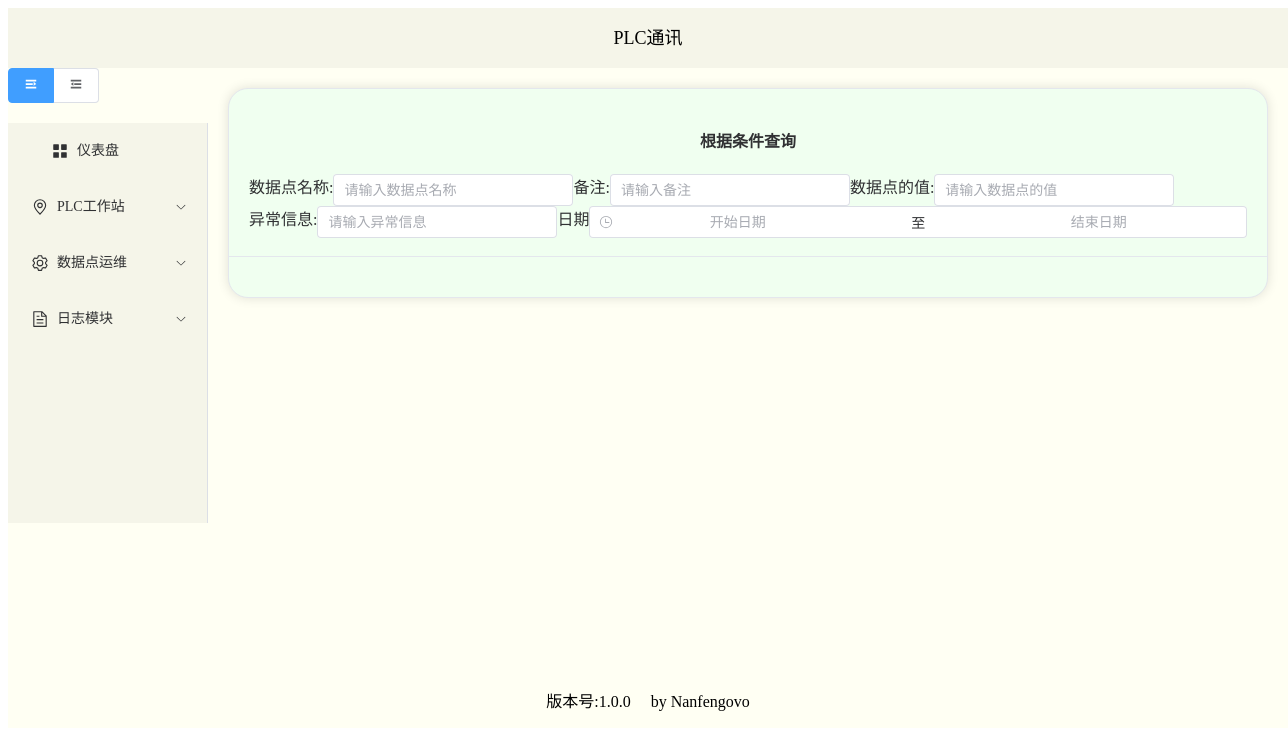
Repository: nanfengovo/HelperWorkStation
Page: /#/frameWork/PLCWorkstation/S7 (app in HelperWorkStation/plchelper-ui/)
The author's editor kept a copy of each file at every save. The page is drawn from the files as they stood at one save, then again after the next save.
The browser window is 1280 px wide. The page is 1288 px wide, so the pictures cover 1288 px, including what lies to the right of the window. The pictures show the whole page.
The project was rebuilt for these pictures with package versions that can differ from the ones it lists, and the page was loaded fresh each time. Also part of the build but not shown: HelperWorkStation/plchelper-ui/vite.config.ts, HelperWorkStation/plchelper-ui/src/views/Login/index.vue.

Above is the page before, as saved 2025-02-15 23:23:30.

### HelperWorkStation/plchelper-ui/index.html
<!DOCTYPE html>
<html lang="">
  <head>
    <meta charset="UTF-8">
    <link rel="icon" href="/icon-park-outline--cpu.png">
    <meta name="viewport" content="width=device-width, initial-scale=1.0">
    <title>PLCHelper Station</title>
  </head>
  <body>
    <div id="app"></div>
    <script type="module" src="/src/main.ts"></script>
  </body>
</html>

<style>
  #app{
    /* display: flex;
    justify-content: center;
    align-items: center; */
    height: 100vh;
    width: 100vw;
  }
</style>

### HelperWorkStation/plchelper-ui/src/main.ts
// import './assets/main.css'

import { createApp } from 'vue'
import ElementPlus from 'element-plus'
import 'element-plus/dist/index.css'
import { createPinia } from 'pinia'

import App from './App.vue'
import * as ElementPlusIconsVue from '@element-plus/icons-vue'
//element-plus转换中文
import zhCn from 'element-plus/es/locale/lang/zh-cn'
import router from './router'

const app = createApp(App)
app.use(router)
for (const [key, component] of Object.entries(ElementPlusIconsVue)) {
    app.component(key, component)
    }
    app.use(ElementPlus, {
        locale: zhCn,
        })
app.use(createPinia())


app.mount('#app')

### HelperWorkStation/plchelper-ui/src/App.vue
<script setup lang="ts">
import {  RouterView } from 'vue-router'
import FrameWork from './views/FrameWork/index.vue'
import Login from './views/Login/index.vue'
</script>

<template>
  <div class="app">
    <RouterView />
  </div>

  <!-- <RouterView /> -->
</template>

<style scoped>
	html,body,#app{
      height: 100%;
      width: 100%;
	}
  .app{
    height: 100%;
    width: 100%;
  }
</style>

### HelperWorkStation/plchelper-ui/src/router/index.ts
import { createMemoryHistory, createRouter, createWebHashHistory, type RouteRecordRaw } from 'vue-router'
import frameWork from '../views/FrameWork/index.vue';
import Login from '../views/Login/index.vue';
import panel from '../views/FrameWork/layout/panel/index.vue';

// const routes: RouteRecordRaw[] = [];
const routes: Array<RouteRecordRaw> = [
    {
        path: '/',
        redirect: '/login'
    },
    {
        path: '/login',
        name: 'login',
        component: Login
    },
    {
        path: '/frameWork',
        name: '主页',
        component: frameWork,
        children: [
            {
                path: '/framework/panel',
                name: '仪表板',
                component: () => import('../views/FrameWork/layout/panel/index.vue'),
            },
            {
                path: '/frameWork/PLCWorkstation/Modbus',
                name: 'PLC工作站-Modbus',
                component: () => import('../views/FrameWork/layout/PLCWorkstation/Modbus/index.vue'),
            },
            {
                path: '/frameWork/PLCWorkstation/PLC',
                name: 'PLC工作站-PLC配置',
                component: () => import('../views/FrameWork/layout/PLCWorkstation/PLC/index.vue'),
            },
            {
                path: '/frameWork/PLCWorkstation/S7',
                name: 'PLC工作站-S7',
                component: () => import('../views/FrameWork/layout/PLCWorkstation/S7/index.vue'),
            },
            {
                path: '/frameWork/PLCWorkstation/OPC',
                name: 'PLC工作站-OPC',
                component: () => import('../views/FrameWork/layout/PLCWorkstation/OPC/index.vue'),
            },
            {
                path: '/frameWork/PLCWorkstation/FinsTCP',
                name: 'PLC工作站-FinsTCP',
                component: () => import('../views/FrameWork/layout/PLCWorkstation/FinsTCP/index.vue'),
            },
            {
                path: '/frameWork/DataPointOperations/Modbus',
                name: '数据点运维-Modbus',
                component: () => import('../views/FrameWork/layout/DataPointOperations/Modbus/index.vue'),
            },
            {
                path: '/frameWork/DataPointOperations/S7',
                name: '数据点运维-S7',
                component: () => import('../views/FrameWork/layout/DataPointOperations/S7/index.vue'),
            },
            {
            path: '/frameWork/DataPointOperations/S7/DB',
                        name: '数据点运维-S7-DB',
                        component: () => import('../views/FrameWork/layout/DataPointOperations/S7/DB/index.vue'),
            },
            {
                path: '/frameWork/DataPointOperations/Opc',
                name: '数据点运维-Opc',
                component: () => import('../views/FrameWork/layout/DataPointOperations/OPC/index.vue'),
            },
            {
                path: '/frameWork/DataPointOperations/FinsTCP',
                name: '数据点运维-FinsTCP',
                component: () => import('../views/FrameWork/layout/DataPointOperations/FinsTCP/index.vue'),
            },
            {
                path: '/frameWork/Log/Operation',
                name: '用户操作日志',
                component: () => import('../views/FrameWork/layout/Log/Operation/index.vue'),
            },
            {
                path: '/frameWork/Log/ReadWrite',
                name: '数据点读写日志',
                component: () => import('../views/FrameWork/layout/Log/ReadWrite/index.vue'),
            },

        ],


    },
];

const router = createRouter({
    history: createWebHashHistory(),
    routes,
});

export default router;

### HelperWorkStation/plchelper-ui/src/views/FrameWork/index.vue
<template>
    <div class="common-layout">
        <el-container>
            <div class="layout-header">
                <el-header>
                    PLC通讯
                </el-header>
            </div>
            <el-container>
                <el-aside width="200px" height="100vh" >
                    <el-radio-group v-model="isCollapse" style="margin-bottom: 20px">
                        <el-radio-button :value="false"><el-icon><Expand /></el-icon></el-radio-button>
                        <el-radio-button :value="true"><el-icon><Fold /></el-icon></el-radio-button>
                    </el-radio-group>
                    <el-menu
                        background-color="#f5f5e9"
                        default-active="1"
                        class="el-menu-vertical-demo"
                        :collapse="isCollapse"
                        @open="handleOpen"
                        @close="handleClose"
                        router
                    >
                        <el-menu-item index="/frameWork/panel">
                            <el-menu-item >
                                <el-icon><icon-menu /></el-icon>
                                <template #title>仪表盘</template>
                            </el-menu-item>
                        </el-menu-item>
                        <el-sub-menu index="2">
                        <template #title>
                            <el-icon><location /></el-icon>
                            <span>PLC工作站</span>
                        </template>
                        <el-menu-item-group >
                            <el-menu-item index="/frameWork/PLCWorkstation/PLC">PLC配置</el-menu-item>
                            <el-menu-item index="/frameWork/PLCWorkstation/Modbus">Modbus模块</el-menu-item>
                            <el-menu-item index="/frameWork/PLCWorkstation/S7">S7模块</el-menu-item>
                            <el-menu-item index="/frameWork/PLCWorkstation/OPC">OPC模块</el-menu-item>
                            <el-menu-item index="/frameWork/PLCWorkstation/FinsTCP">FinsTCP模块</el-menu-item>
                        </el-menu-item-group>
                        </el-sub-menu>
                        <el-sub-menu index="3">
                        <template #title>
                            <el-icon><Setting /></el-icon>
                            <span>数据点运维</span>
                        </template>
                        <el-menu-item-group >
                            <el-menu-item index="/frameWork/DataPointOperations/Modbus">Modbus数据点配置</el-menu-item>
                            <el-menu-item index="/frameWork/DataPointOperations/S7">S7数据点配置</el-menu-item>
                            <el-menu-item index="/frameWork/DataPointOperations/S7/DB">DB块配置</el-menu-item>
                            <el-menu-item index="/frameWork/DataPointOperations/Opc">OPC数据点配置</el-menu-item>
                            <el-menu-item index="/frameWork/DataPointOperations/FinsTCP">FinsTCP数据点模块</el-menu-item>
                        </el-menu-item-group>
                        </el-sub-menu>
                        <el-sub-menu index="4">
                        <template #title>
                            <el-icon><Document /></el-icon>
                            <span>日志模块</span>
                        </template>
                        <el-menu-item-group >
                            <el-menu-item index="/frameWork/Log/Operation">操作日志</el-menu-item>
                            <el-menu-item index="/frameWork/Log/ReadWrite">读写日志</el-menu-item>
                        </el-menu-item-group>
                        </el-sub-menu>
                    </el-menu>
                </el-aside>
                    <el-container>
                        <el-main>
                            <!-- <div class="main-header"> -->
                            <!-- <div class="main-header-breadcrumb"> -->
                                <!-- 面包屑 -->
                                <!-- <el-breadcrumb :separator-icon="ArrowRight"
                                                style="cursor: pointer; margin: 10px 0; display:inline-block;margin-left: 10px; ">
                                                <el-breadcrumb-item  >面包屑导航</el-breadcrumb-item>
                                </el-breadcrumb>
                            </div> -->
                            <!-- <div class="main-header-tab">
                                <el-tab>
                                    <el-tabs
                                    v-model="tablist"
                                    type="card"
                                    editable
                                    class="demo-tabs"
                                    @tab-click="pushTo"
                                >
                                    <el-tab-pane
                                    v-for="item in tablist"
                                    :key="item.name"
                                    :label="item.name"
                                    :name="item.name"
                                    >
                                    {{ item.path }}
                                    </el-tab-pane>
                                </el-tabs>
                                </el-tab>
                            </div> -->
                        <!-- </div> -->
                            <RouterView/>
                        </el-main>
                    </el-container>
            </el-container>
                <el-footer class="fixed-footer" >
                    <span>版本号:{{SoftVersion}}</span>&nbsp;&nbsp;&nbsp;&nbsp;
                    <span>by {{ SoftAuthor }}</span>
                </el-footer>
        </el-container>
    </div>
</template>

<script lang="ts" setup>
import { ref } from 'vue'
import { useRouter } from 'vue-router';
import routes from '../../router/index';
import {
    Document,
    Menu as IconMenu,
    Location,
    Setting,
    ArrowRight,
} from '@element-plus/icons-vue'
import type { TabPaneName } from 'element-plus'



const SoftVersion = ref('1.0.0')
const SoftAuthor = ref('Nanfengovo')


import { useRoute } from 'vue-router'
import router from '../../router/index';
const route = useRoute()
const pathList = ref()

console.log('route', route)// 获取当前路由
console.log('route.matched', route.matched)// 获取当前路由匹配到的路由记录
console.log('route.matched[0].children', route.matched[0].children)// 获取当前路由匹配到的路由记录

const tablist = ref(route.matched[0].children)
const isCollapse = ref(false)

let tabIndex = 1;

// const pushTo = (tab: TabPaneName) => {
//     router.push(tab)
// }


</script>

<style>
.el-menu-vertical-demo:not(.el-menu--collapse) {
    width: 200px;
    min-height: 400px;
}
.layout-header {
    background-color: #f5f5e9;
    color: black;
    text-align: center;
    line-height: 60px;
    font-size: 18px;
}

.common-layout{
    display: flex;
    flex-direction: column;
    min-height: 100vh;
    background-color: #fffff3;
}
.fixed-footer {
    background-color: #fffff3; /* 根据需要设置背景颜色 */
    padding: 10px; /* 根据需要设置内边距 */
    text-align: center; /* 根据需要设置文本对齐方式 */
    margin-bottom: 20px;
    height: 30px;
    font-size: 16px;
}
.main-header{
    border: red 1px solid;
    width: 100%;
    height: 30px;
}
/* .main-header-breadcrumb{
    border: green 1px solid;
    margin: 10px;
    width: 100%;
    height: 30px;
} */
.main-header-tab
{
    border: blue 1px solid;
    width: 100%;
    height: 30px;
}
.demo-tabs {
    border: 1px solid orangered;
    width: 60px;
    height: 30px;
    border-radius: 4px;
}
.demo-tabs>.el-tab-pane {
    border-bottom: 1px solid #ebeef5;
}
</style>

### HelperWorkStation/plchelper-ui/src/views/FrameWork/layout/PLCWorkstation/S7/index.vue
<template>
    <div class="Query">
        <el-card class="Query-card">
            <template #header>
                <div class="card-header">
                    <h4>根据条件查询</h4>
                </div>
                <el-row>
                    <el-label>
                        数据点名称:
                    </el-label>
                    <el-input v-model="dbName" placeholder="请输入数据点名称" clearable />
                    <el-label>
                        备注:
                    </el-label>
                    <el-input v-model="remark" placeholder="请输入备注" clearable/>
                    <el-label>
                        数据点的值:
                    </el-label>
                    <el-input v-model="result" placeholder="请输入数据点的值" clearable/>
                </el-row>
                <el-row>
                    <el-label>
                        异常信息:
                    </el-label>
                    <el-input v-model="exceptionInfo" placeholder="请输入异常信息" clearable/>
                    <el-label>
                        日期
                    </el-label>
                    <el-date-picker v-model="dateTime" size="240px" type="datetimerange" range-separator="至"
                    start-placeholder="开始日期" end-placeholder="结束日期" />
                </el-row>
            </template>

        </el-card>
    </div>
</template>
<script setup lang="ts">

</script>
<style>
.Query{
    display: grid;
}
.Query-card{
    background-color: #F0FFF0;
    border-radius: 20px;
}
.card-header{
    text-align: center;
}
.Query-card .el-input{
    width: 240px;
}
</style>

After the next save:
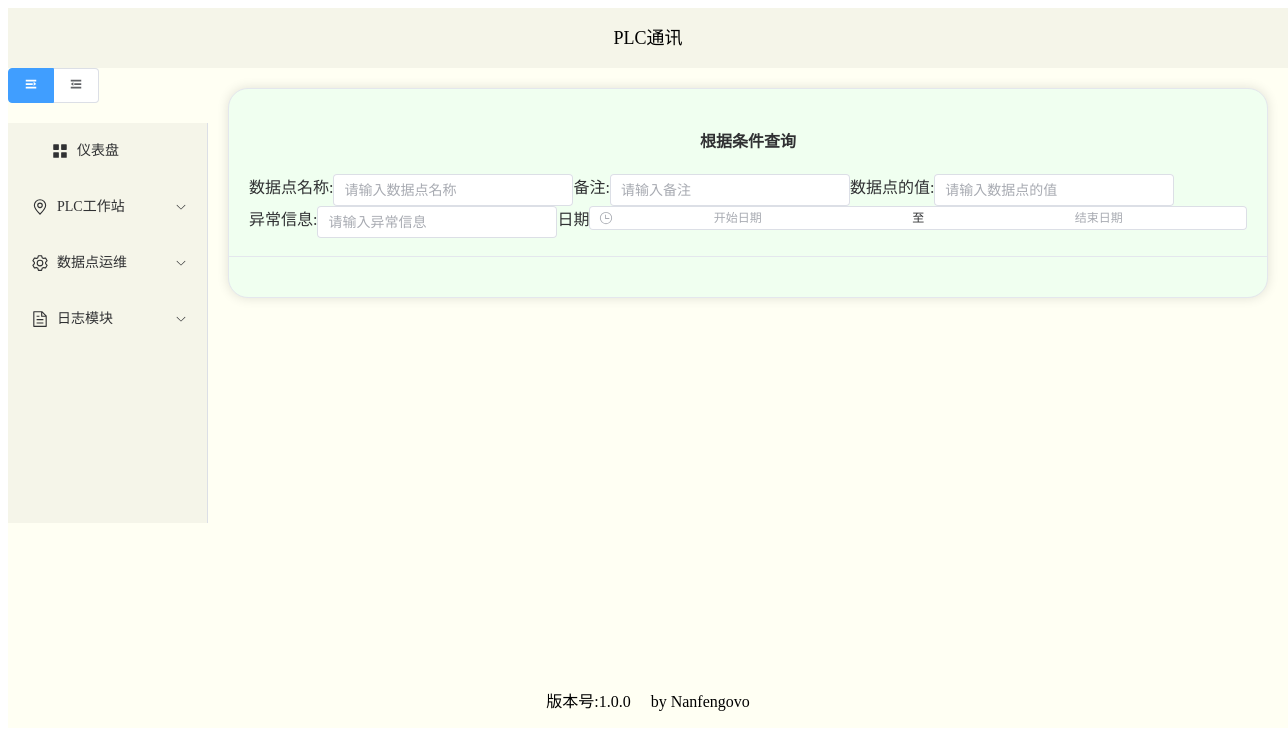
Saved 56 s later.
--- a/HelperWorkStation/plchelper-ui/src/views/FrameWork/layout/PLCWorkstation/S7/index.vue
+++ b/HelperWorkStation/plchelper-ui/src/views/FrameWork/layout/PLCWorkstation/S7/index.vue
@@ -27,7 +27,7 @@
                     <el-label>
                         日期
                     </el-label>
-                    <el-date-picker v-model="dateTime" size="240px" type="datetimerange" range-separator="至"
+                    <el-date-picker v-model="dateTime"editable clearable size=small type="datetimerange" range-separator="至"
                     start-placeholder="开始日期" end-placeholder="结束日期" />
                 </el-row>
             </template>
